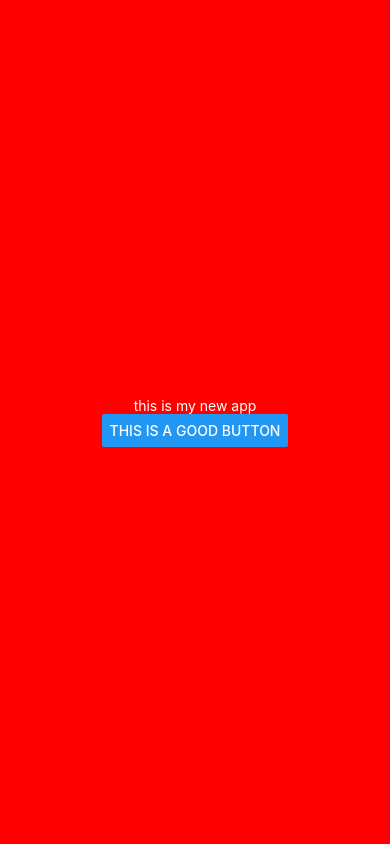
Repository: 2000-Nanayaw/MobileApp
Screen: /
An editor plug-in stored every save of this project. The screen is shown before and after the next save, followed by the edit.
The app was drawn by React Native's web renderer in a window 390 px wide. The project was rebuilt for these pictures with package versions that can differ from the ones it lists, and the page was loaded fresh each time.

Above is the screen before, as saved 2023-08-25 20:13:48.

After the next save:
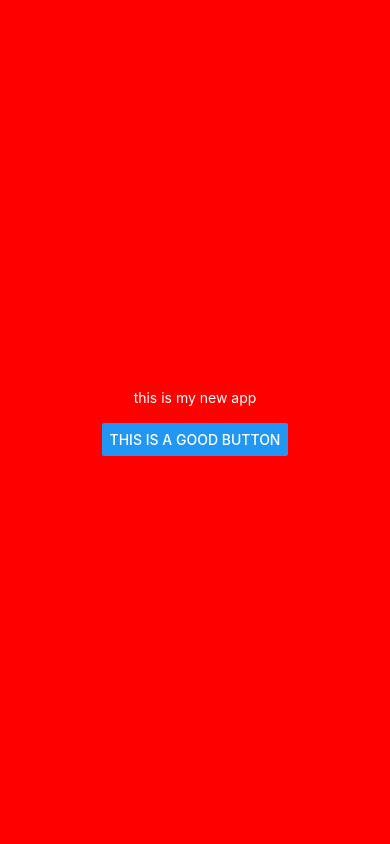
Saved 101 s later.
--- a/App.js
+++ b/App.js
@@ -35,6 +35,7 @@ function jsar() {
     <View style={style.container}>
       <View style={style.container}>
         <Text style={style.colors}>this is my new app</Text>
+        <TextInput title="hello world"/>
         <Button title="this is a good button" />
       </View>
       <StatusBar style="auto" />
